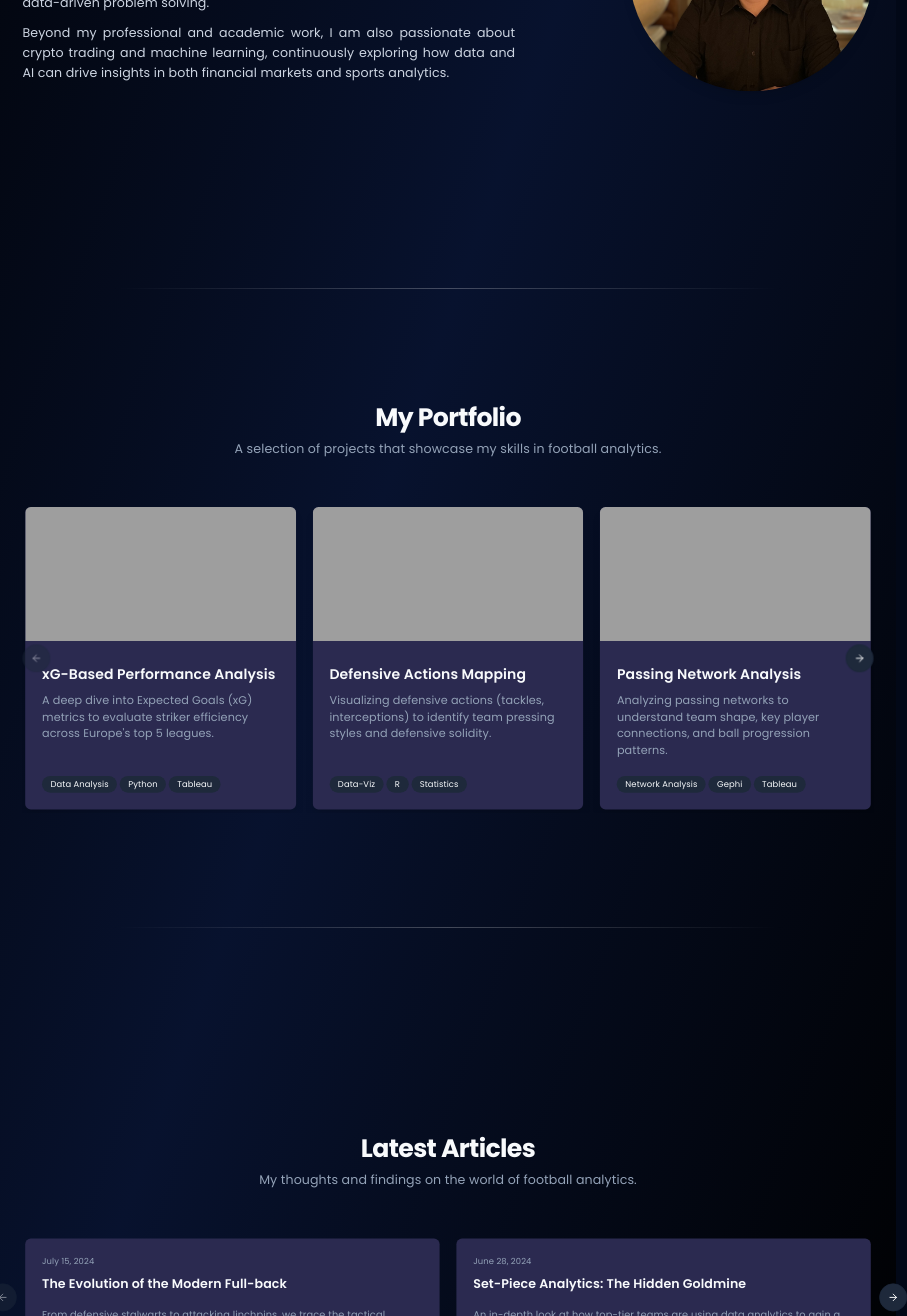
Repository: patrick-cw/my-portfolio
Page: /
An editor plug-in stored every save of this project. The page is shown before and after the next save, followed by the edit.
The browser window is 1280 px wide. The page is 1296 px wide, so the pictures cover 1296 px, including what lies to the right of the window. The pictures show the part of the page from y = 1318 to 3198 px (the page is 3545 px tall), at 70% of full size.
Pictures or frames that could not be fetched are drawn as grey boxes. The project was rebuilt for these pictures with package versions that can differ from the ones it lists, and the page was loaded fresh each time. The framework's server and built-in components were replaced by stand-ins that run in the browser. Also part of the build but not shown: next.config.ts.

Above is the page before, as saved 2025-08-31 03:20:17.

After the next save:
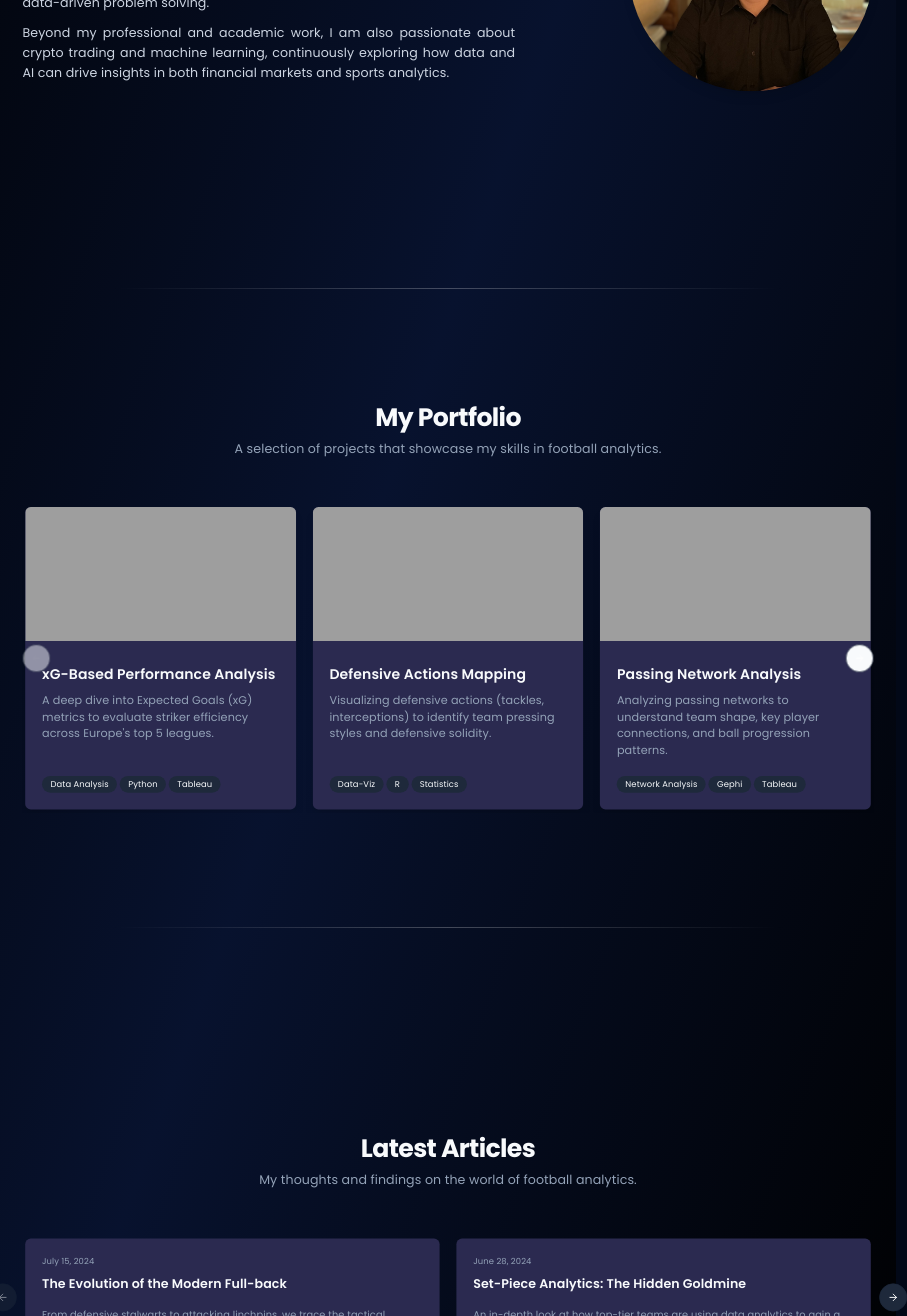
Saved 23 s later.
--- a/src/app/page.tsx
+++ b/src/app/page.tsx
@@ -155,8 +155,8 @@ function PortfolioSection() {
                   </CarouselItem>
                 ))}
               </CarouselContent>
-              <CarouselPrevious className="ml-12 h-10 w-10 bg-accent hover:bg-primary" />
-              <CarouselNext className="mr-12 h-10 w-10 bg-accent hover:bg-primary"/>
+              <CarouselPrevious className="ml-12 h-10 w-10 bg-foreground hover:bg-primary" />
+              <CarouselNext className="mr-12 h-10 w-10 bg-foreground hover:bg-primary"/>
             </Carousel>
           </div>
         </div>
